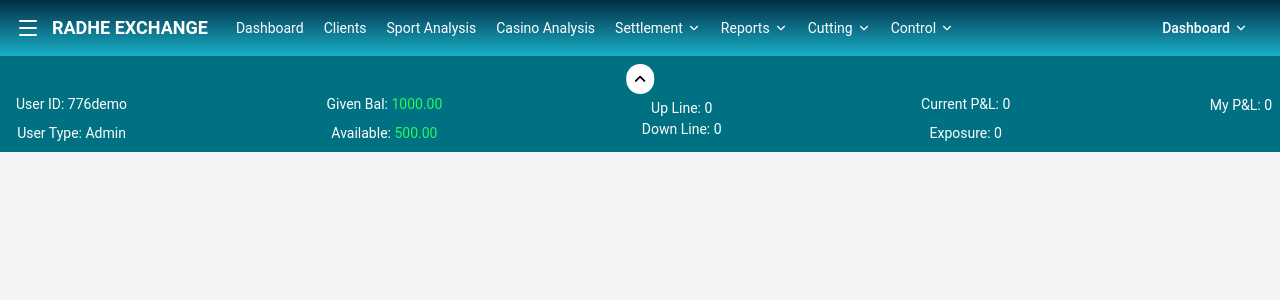
Repository: Habeebur1493/Radhe-Exchange
Page: /dashboard (app in frontend/), after clicking the first element matching `div.cursor-pointer`
An editor plug-in stored every save of this project. The page is shown before and after the next save, followed by the edit.
The browser window is 1280 px wide. The pictures show the whole page.
Some web libraries are served in a nearby version. The project was rebuilt for these pictures with package versions that can differ from the ones it lists, and the page was loaded fresh each time. Also part of the build but not shown: frontend/vite.config.js, frontend/src/components/login.jsx, frontend/src/components/Register.jsx.

Above is the page before, as saved 2025-03-04 11:25:13.

After the next save:
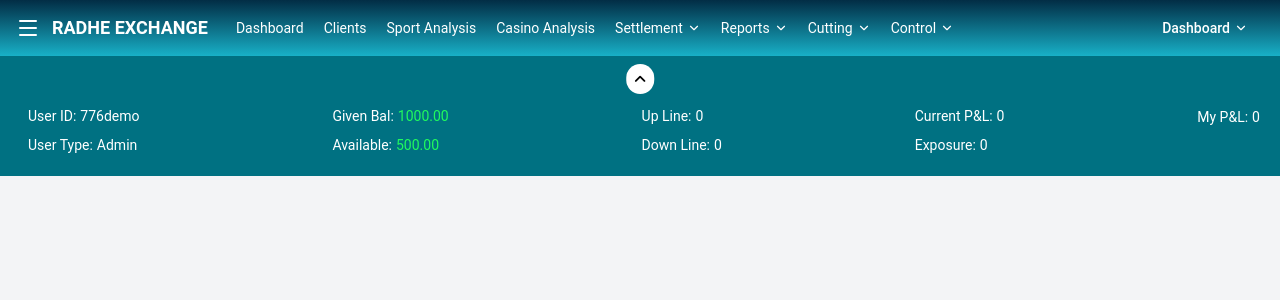
Saved 40 s later.
--- a/frontend/src/components/dashboard.jsx
+++ b/frontend/src/components/dashboard.jsx
@@ -229,33 +229,36 @@ const Dashboard = () => {
 
         {/* Dropdown Content */}
         {isOpen && (
-          <div className="bg-[#007182]  transition-all duration-300">
-            <div className="flex justify-between items-center text-white text-[14px] ml-2">
-              <div className="flex flex-col text-center gap-2">
-                <h4>User ID: 776demo</h4>
-                <h4>User Type: Admin</h4>
-              </div>
-
-              <div className="flex flex-col text-center gap-2">
-                <h4>Given Bal: <span className="text-[#20fa5e]">1000.00</span></h4>
-                <h4>Available:  <span className="text-[#20fa5e]">500.00</span></h4>
-              </div>
-
-              <div className="flex flex-col text-center">
-                <h4>Up Line: <span>0</span></h4>
-                <h4>Down Line: <span>0</span></h4>
-              </div>
-
-              <div className="flex flex-col text-center gap-2">
-                <h4>Current P&L: <span >0</span></h4>
-                <h4>Exposure: <span>0</span></h4>
-              </div>
-
-              <div className="flex flex-col text-center gap-2 mb-7">
-                <h4>My P&L: <span>0</span></h4>
-              </div>
-            </div>
+          <div className="bg-[#007182] transition-all duration-300 p-3">
+          <div className="flex justify-between items-center text-white text-[14px] ml-2">
+
+            <div className="flex flex-col text-center gap-2">
+              <h4 className="flex">User ID: <span className="ml-1">776demo</span></h4>
+              <h4 className="flex">User Type: <span className="ml-1">Admin</span></h4>
+            </div>
+
+            <div className="flex flex-col text-center gap-2">
+              <h4 className="flex">Given Bal: <span className="text-[#20fa5e] ml-1">1000.00</span></h4>
+              <h4 className="flex">Available: <span className="text-[#20fa5e] ml-1">500.00</span></h4>
+            </div>
+
+            <div className="flex flex-col text-center gap-2">
+              <h4 className="flex">Up Line: <span className="ml-1">0</span></h4>
+              <h4 className="flex">Down Line: <span className="ml-1">0</span></h4>
+            </div>
+
+            <div className="flex flex-col text-center gap-2">
+              <h4 className="flex">Current P&L: <span className="ml-1">0</span></h4>
+              <h4 className="flex">Exposure: <span className="ml-1">0</span></h4>
+            </div>
+
+            <div className="flex flex-col text-center gap-2 mb-7">
+              <h4 className="flex">My P&L: <span className="ml-1">0</span></h4>
+            </div>
+
           </div>
+        </div>
+
         )}
       </header>
 
